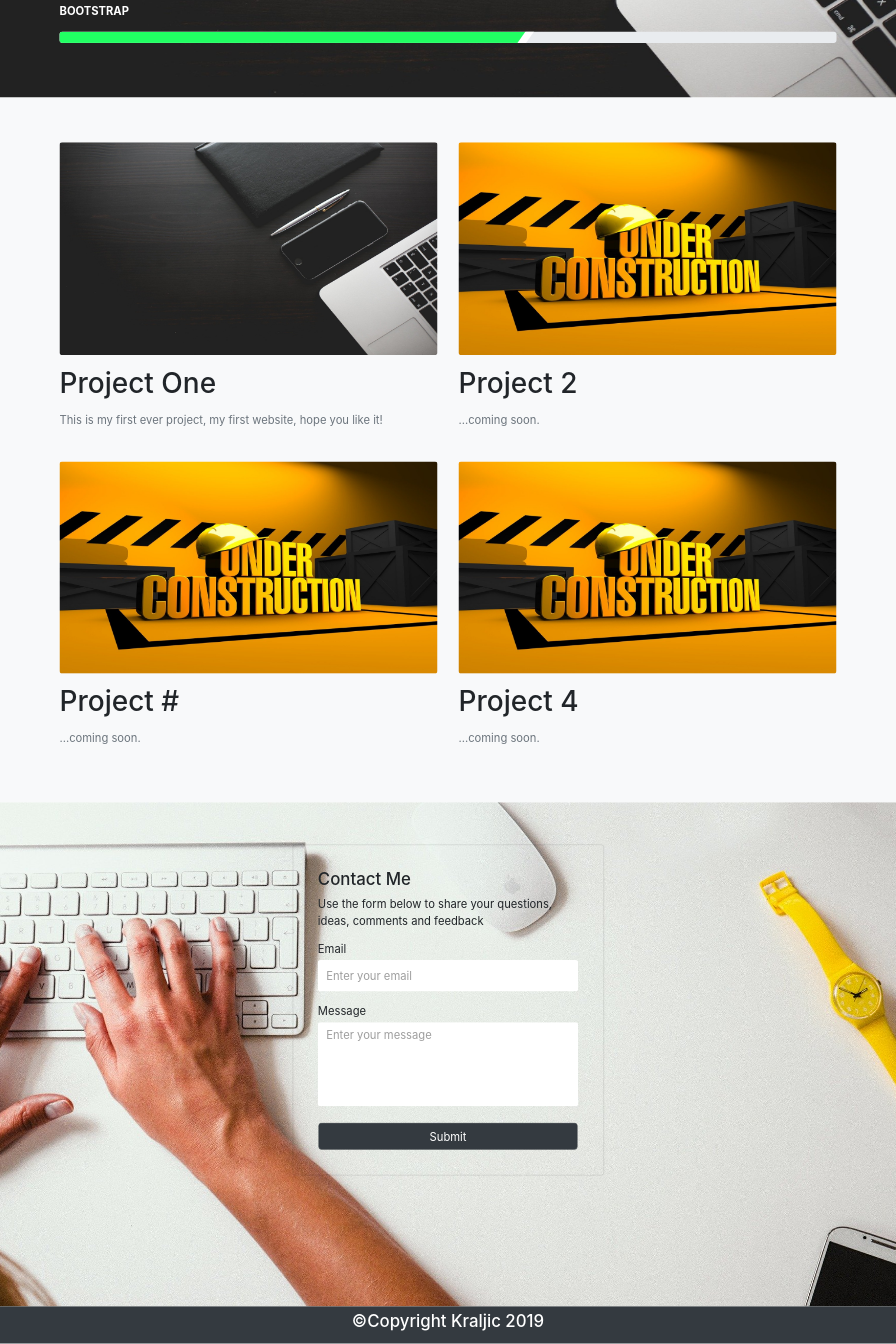
Repository: Kraljiccar/User-Centric-Frontend-Development-Milestone-Project
Page: index.html
The author's editor kept a record of every edit. The page is drawn from the files as they stood at one moment, then again after the next edit.
The browser window is 1280 px wide. The pictures show the part of the page from y = 1625 to 3545 px (the page is 3545 px tall before and 3385 px after), at 70% of full size.
Backgrounds fixed to the window are drawn as part of the page.

Above is the page before.

### index.html
<!DOCTYPE html>
<html lang="en-US">

<head>
    <meta charset="UTF-8">
    <meta name="viewport" content="width=device-width, initial-scale=1.0">
    <meta http-equiv="X-UA-Compatible" content="ie=edge">
    <link rel="stylesheet" href="./assets/css/style.css" type="text/css" />
    <link rel="stylesheet" href="https://stackpath.bootstrapcdn.com/bootstrap/4.3.1/css/bootstrap.min.css" integrity="sha384-ggOyR0iXCbMQv3Xipma34MD+dH/1fQ784/j6cY/iJTQUOhcWr7x9JvoRxT2MZw1T" crossorigin="anonymous">
    <link rel="stylesheet" href="https://stackpath.bootstrapcdn.com/font-awesome/4.7.0/css/font-awesome.min.css" type="text/css" />

    <title>Nemanja Kraljic</title>
</head>

<body data-spy="scroll" data-target="#navbarResponsive">
    <section id="banner">
        <div class="container">
            <div class="row max-viewport align-items-center text-center">
                <div class="col-md-6 ">
                    <h1 class="text-white text-uppercase">Nemanja Kraljic</h1>
                    <h3 class="text-white">-Software developer-</h2>
                </div>
            </div>
        </div>
    </section>
    <!-----about me----->
    <section id="about-me" class="py-5 bg-secondary">
        <div class="container">
            <div class="row align-items-center text-center text-white">
                <div class="col-sm-12 col-md-6 col-lg-4text-white my-3 d-flex">
                    <i class="fa fa-wrench fa-5x mr-3 align-self-center"></i>
                    <div class="inner-text">
                        <h1 class="my-3">Who am I?</h1>
                        <p class="lead">adshfah sadsa dsaopd pksado ndsposadadshfah sadsa dsaopd pksado ndsposadadshfah sadsa dsaopd pksado ndsposadadshfah sadsa dsaopd pksado ndsposadadshfah sadsa dsaopd pksado ndsposadadshfah sadsa dsaopd pksado ndsposadadshfah sadsa
                            dsaopd pksado ndsposad n</p>

                    </div>
                </div>
                <div class="col-sm-12 col-md-6 col-lg-4text-white my-3 d-flex">
                    <i class="fa fa-refresh fa-5x mr-3 align-self-center"></i>
                    <div class="inner-text">
                        <h1 class="my-3">Who am I?</h1>
                        <p class="lead">adshfah sadsa dsaopd pksado ndsposadadshfah sadsa dsaopd pksado ndsposadadshfah sadsa dsaopd pksado ndsposadadshfah sadsa dsaopd pksado ndsposadadshfah sadsa dsaopd pksado ndsposadadshfah sadsa dsaopd pksado ndsposadadshfah sadsa
                            dsaopd pksado ndsposad n</p>

                    </div>
                </div>

            </div>
        </div>

    </section>
    <!-----skills---->
    <section id="skills" class="p-5">
       <div class="naslov">
    <h1 class="mb-5 mt-5"> My Software skills</h1>
</div>
<div class="container">
    <div class="row">
        <div class="col-md-12">
            <h3 class="progress-title">HTML</h3>
            <div class="progress">
                <div class="progress-bar" style="width:78%; background:#97c513;">
                    <div class="progress-value">65%</div>
                </div>
            </div>
            <h3 class="progress-title">CSS</h3>
            <div class="progress">
                <div class="progress-bar" style="width:60%; background:#f2545b;">
                    <div class="progress-value">100%</div>
                </div>
            </div>
            <h3 class="progress-title">JAVASCRIPT</h3>
            <div class="progress">
                <div class="progress-bar" style="width:20%; background:#4286f4;">
                    <div class="progress-value">75%</div>
                </div>
            </div>
            <h3 class="progress-title">BOOTSTRAP</h3>
            <div class="progress">
                <div class="progress-bar" style="width:60%; background:#21ff63;">
                    <div class="progress-value">30%</div>
                </div>
            </div>
        </div>
    </div>
</div>
    </section>

    <section id="projects" class="p-5 bg-light" >
      <div class="container">
        <div class="row">
          <div class="col-sm-6 my-3">
              <img src="assets/images/office.jpg" alt="#" class="img-fluid rounded" alt="picture">
            <h1 class="my-3">Project One</h1>
            <p class="text-muted">This is my first ever project, my first website, hope you like it!</p>
          </div>
          <div class="col-sm-6 my-3">
              <img src="assets/images/under-construction.jpg" alt="#" class="img-fluid rounded" alt="picture">
            <h1 class="my-3">Project 2</h1>
            <p class="text-muted">...coming soon.</p>
          </div>
          <div class="col-sm-6 my-3">
              <img src="assets/images/under-construction.jpg" alt="#" class="img-fluid rounded" alt="picture">
            <h1 class="my-3">Project #</h1>
            <p class="text-muted">...coming soon.</p>
          </div>
          <div class="col-sm-6 my-3">
              <img src="assets/images/under-construction.jpg" alt="#" class="img-fluid rounded" alt="picture">
            <h1 class="my-3">Project 4</h1>
            <p class="text-muted">...coming soon.</p>
          </div>


        </div>
      </div>
    </section>
    <section id="contact">
        <div class="container">
        <div class="row justify justify-content-center">
            <div class="col-11 col-md-8 col-lg-6 col-xl-5">
                <form class="">
                    <div class="card bg-transparent">
                        <div class="row mt-0">
                            <div class="col-md-12 ">
                                <h4 class="">Contact Me</h4>
                                <p>Use the form below to share your questions, ideas, comments and feedback</p>
                            </div>
                        </div>
                        <div class="form-group row mb-3">
                            <div class="col-md-12 mb-0">
                                <p class="mb-1">Email</p> <input id="e-mail" type="text" placeholder="Enter your email" name="email" class="form-control input-box rm-border">
                            </div>
                        </div>
                        <div class="form-group row">
                            <div class="col-md-12 mb-2">
                                <p class="mb-1">Message</p> <textarea id="message" type="text" placeholder="Enter your message" name="message" class="form-control input-box rm-border"></textarea>
                            </div>
                        </div>
                        <div class="form-group row justify-content-center mb-0">
                            <div class="col-md-12 px-3"> <input type="submit" value="Submit" class="btn btn-block btn-dark rm-border"> </div>
                        </div>
                    </div>
                </form>
            </div>
        </div>
    </div>
    </section>
    <section id="footer" class="p-2 bg-dark">
        <div class="container">
            <div class="row">
                <div class="col text-center">
                    <h4 class="text-white text-capiralize">&copy;Copyright Kraljic 2019</h4>
                </div>
            </div>
        </div>

    </section>
    <!-----Script---->
    <script src="https://code.jquery.com/jquery-3.3.1.slim.min.js" integrity="sha384-q8i/X+965DzO0rT7abK41JStQIAqVgRVzpbzo5smXKp4YfRvH+8abtTE1Pi6jizo" crossorigin="anonymous"></script>
    <script src="https://cdnjs.cloudflare.com/ajax/libs/popper.js/1.14.7/umd/popper.min.js" integrity="sha384-UO2eT0CpHqdSJQ6hJty5KVphtPhzWj9WO1clHTMGa3JDZwrnQq4sF86dIHNDz0W1" crossorigin="anonymous"></script>
    <script src="https://stackpath.bootstrapcdn.com/bootstrap/4.3.1/js/bootstrap.min.js" integrity="sha384-JjSmVgyd0p3pXB1rRibZUAYoIIy6OrQ6VrjIEaFf/nJGzIxFDsf4x0xIM+B07jRM" crossorigin="anonymous"></script>
</body>

</html>

### assets/css/style.css
@import url('https://fonts.googleapis.com/css?family=Roboto:400,700&display=swap');

body {
  font-family: 'Roboto', sans-serif;
}

.max-viewport {
  min-height: 100vh;
}

#banner,
#skills {
  background: url("../images/office.jpg"), linear-gradient(rgba(179, 179, 179, 1), rgba(247, 247, 247, 1));
  background-attachment: fixed;
  background-position: center center;
  background-repeat: no-repeat;
  background-size: cover;
}

.naslov {
  color: #fff;
}

.naslov h1 {
  text-align: center
}

.progress-title {
  font-size: 16px;
  font-weight: 700;
  color: #fff;
  margin: 0 0 20px;
}

.progress {
  height: 20px;
  background: #333;
  border-radius: 0;
  box-shadow: none;
  margin-bottom: 30px;
  overflow: visible
}

.progress-value {
  font-size: 20px;
  color: #fff;
}

.progress .progress-bar {
  position: relative;
  -webkit-animation: animate-positive 2s;
  animation: animate-positive 2s
}

.progress .progress-value {
  display: block;
  font-size: 18px;
  font-weight: 500;
  color: black;
  position: absolute;
  top: -30px;
  right: -25px
}

.progress .progress-bar:after {
  content: "";
  display: inline-block;
  width: 10px;
  background: #fff;
  position: absolute;
  top: -10px;
  bottom: -10px;
  right: -5px;
  z-index: 1;
  transform: rotate(35deg)
}

.img-fluid {
  width:100%;
  height:20%;
  background-position: center;
  background-size: cover;
  background-repeat: no-repeat;

}

#contact {
  width: 100%;
  height: 100vh;

  background-image: url(../images/keyboard.jpg);
  background-position: center center;
  background-size: cover;
  background-attachment: fixed;
}
.box {
    margin: auto
}

.card {
    padding: 8%;
    padding-top: 35px;
    margin-top: 60px;
    margin-bottom: 80px
}

textarea[name="message"] {
    resize: none
}

#e-mail {
    height: 45px
}

#message {
    height: 120px
}

input.input-box,
textarea.input-box {
    background-color: #fff;
    border: #616161;
    color: #BDBDBD
}

input.input-box:focus,
textarea.input-box:focus {
    background-color: #F5F5F5;
    color: #BDBDBD
}

.rm-border:focus {
    border-color: inherit;
    -webkit-box-shadow: none;
    box-shadow: none
}

form .form-control::-webkit-input-placeholder {
    color: #9E9E9E
}

::-moz-placeholder {
    color: #9E9E9E !important
}

After the next edit:
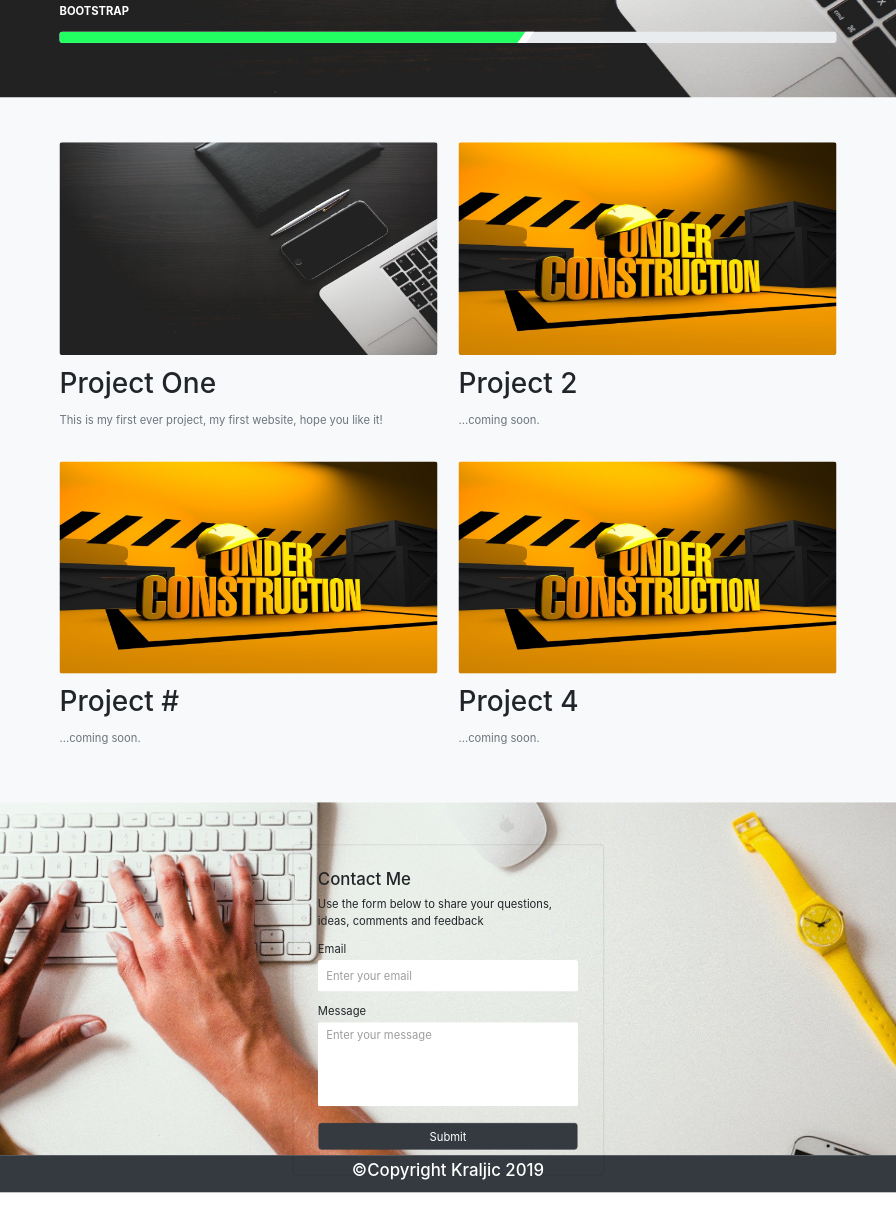
The edit:
--- a/assets/css/style.css
+++ b/assets/css/style.css
@@ -86,7 +86,7 @@
 
 #contact {
   width: 100%;
-  height: 100vh;
+  height: 70vh;
 
   background-image: url(../images/keyboard.jpg);
   background-position: center center;
